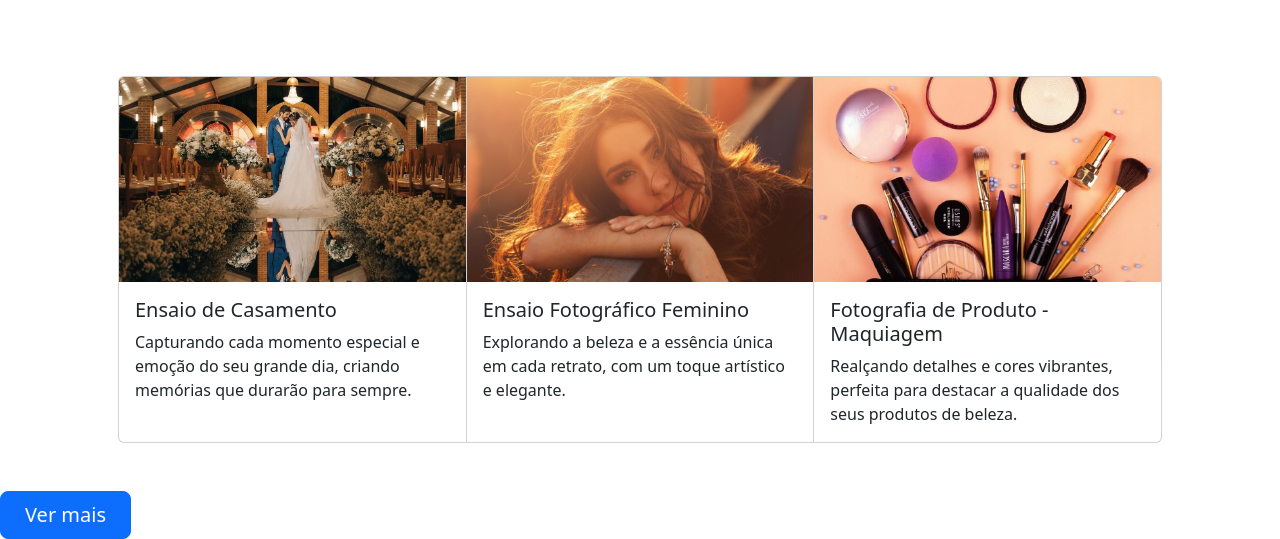
Repository: Marinalr-25/portifolio-fotografia
Page: index.html
The author's editor kept a copy of each file at every save. The page is drawn from the files as they stood at one save, then again after the next save.
The browser window is 1280 px wide. The pictures show the part of the page from y = 653 to 1192 px (the page is 1192 px tall before and 1168 px after).
A picture or video elsewhere on the page could not be fetched, so the positions and the page height are approximate.

Above is the page before, as saved 2025-01-19 17:04:06.

After the next save:
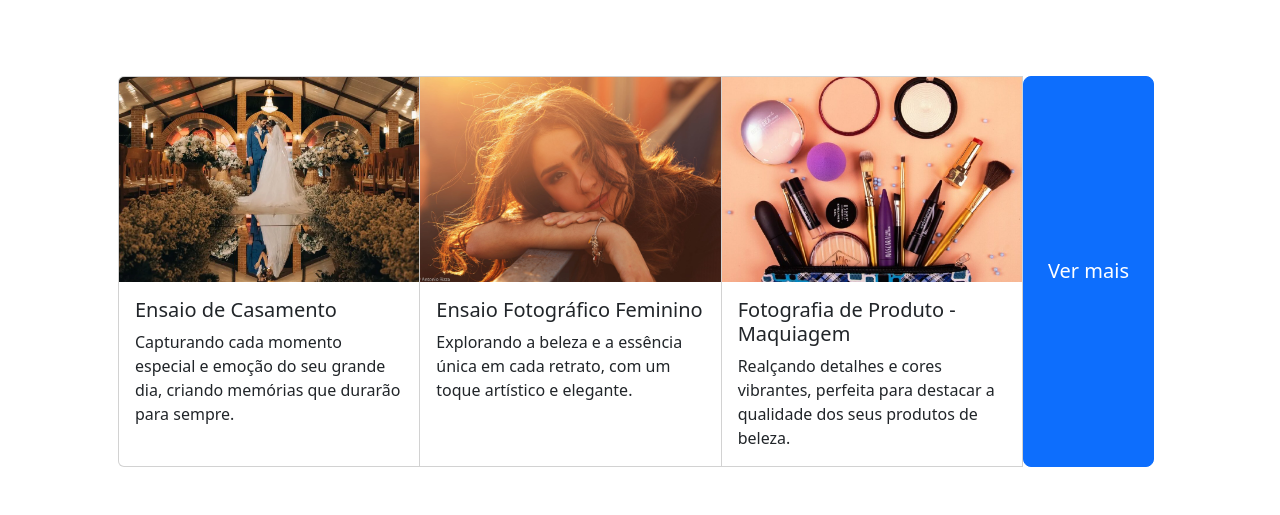
Saved 17 s later.
--- a/index.html
+++ b/index.html
@@ -136,13 +136,12 @@
             </p>
           </div>
         </div>
+        <button type="button" class="btn btn-primary btn-lg px-4 me-md-2">
+          Ver mais
+        </button>
       </div>
     </div>
-    <div class="mx-auto">
-      <button type="button" class="btn btn-primary btn-lg px-4 me-md-2">
-        Ver mais
-      </button>
-    </div>
+
     <script
       src="https://cdn.jsdelivr.net/npm/@popperjs/core@2.11.8/dist/umd/popper.min.js"
       integrity="sha384-I7E8VVD/ismYTF4hNIPjVp/Zjvgyol6VFvRkX/vR+Vc4jQkC+hVqc2pM8ODewa9r"

After the save that followed:
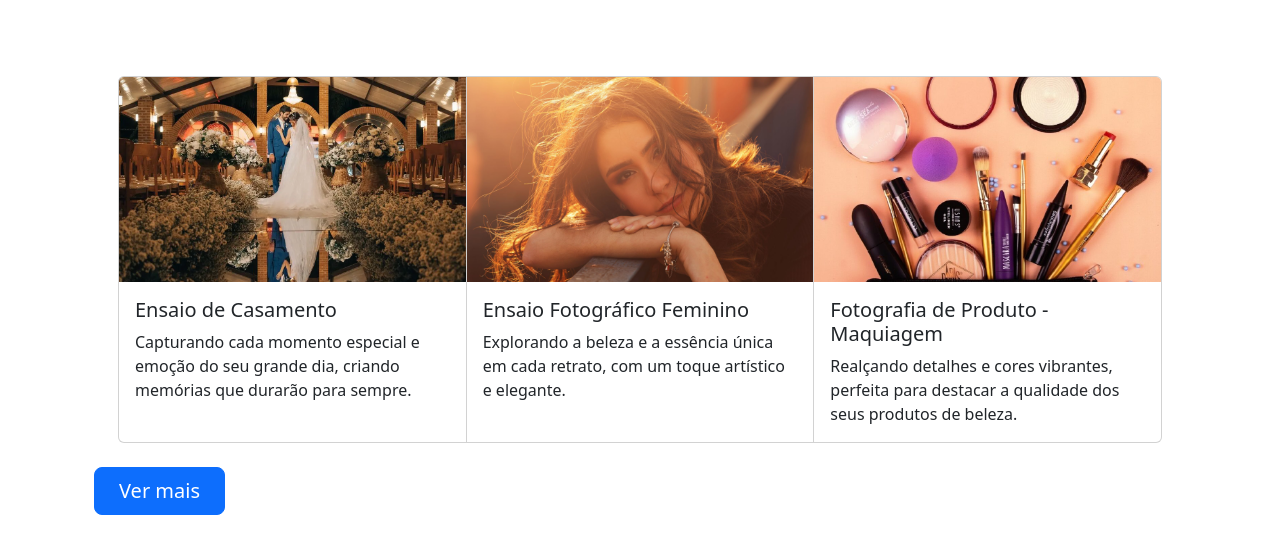
Saved 8 s later.
--- a/index.html
+++ b/index.html
@@ -136,10 +136,10 @@
             </p>
           </div>
         </div>
-        <button type="button" class="btn btn-primary btn-lg px-4 me-md-2">
-          Ver mais
-        </button>
       </div>
+      <button type="button" class="btn btn-primary btn-lg px-4 me-md-2">
+        Ver mais
+      </button>
     </div>
 
     <script
